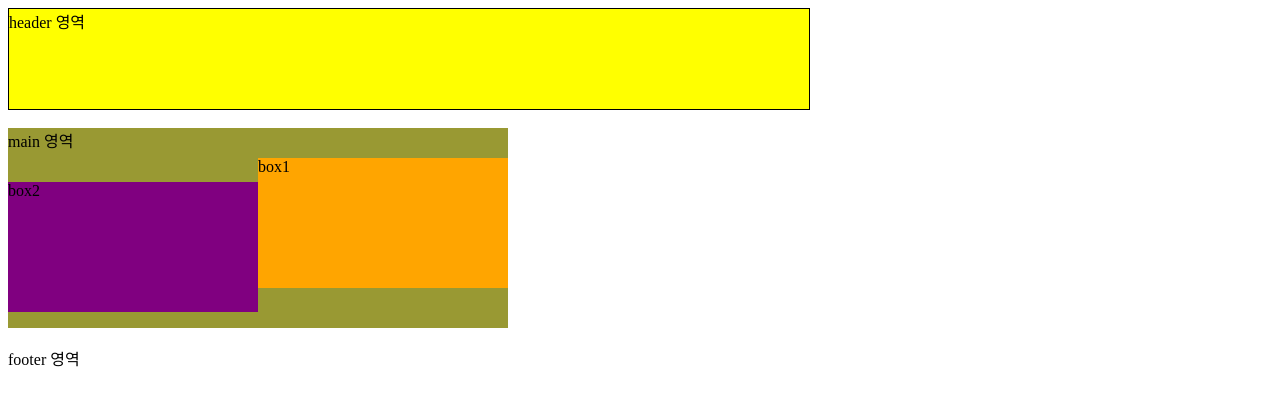
Repository: Seokho96/CSSPractice
Page: css/work01/WebContent/index02.html
These files come from the project's save history. The page is drawn as it stood at one moment and after the next save; the edit follows.
The browser window is 1280 px wide. The pictures show the whole page.

Above is the page before, as saved 2020-07-13 06:39:15.

### css/work01/WebContent/index02.html
<!DOCTYPE html>
<html>
<head>
<meta charset="UTF-8">
<title>Insert title here</title>

<style type="text/css">
#header{
   width: 800px;
   height: 100px;
   border: 1px solid black;
   background-color: yellow;
}
#main{
   width: 500px;
   height: 200px;
   background-color: #999933;
}
 #box1{
   width: 250px;
   height:130px;
   background-color: orange;
   margin-top: 30px;
    float: right;
}
#box2{
   width: 250px;
   height:130px;
   background-color: purple;
   margin-top: 30px;


}  */
</style>
</head>
<body>

<div id="header" >header 영역</div><br>


<div id="main">main 영역
<div id="box1">box1</div>
<div id="box2">box2</div>
</div> <br>

<div id="footer">footer 영역</div>
</body>
</html>

After the next save:
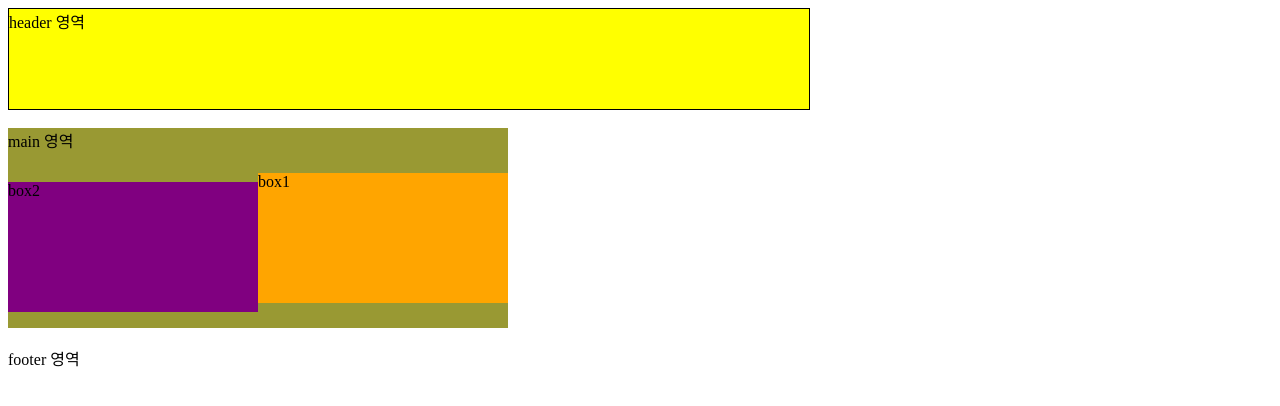
Saved 21 s later.
--- a/css/work01/WebContent/index02.html
+++ b/css/work01/WebContent/index02.html
@@ -20,7 +20,7 @@
    width: 250px;
    height:130px;
    background-color: orange;
-   margin-top: 30px;
+   margin-top: 45px;
     float: right;
 }
 #box2{
